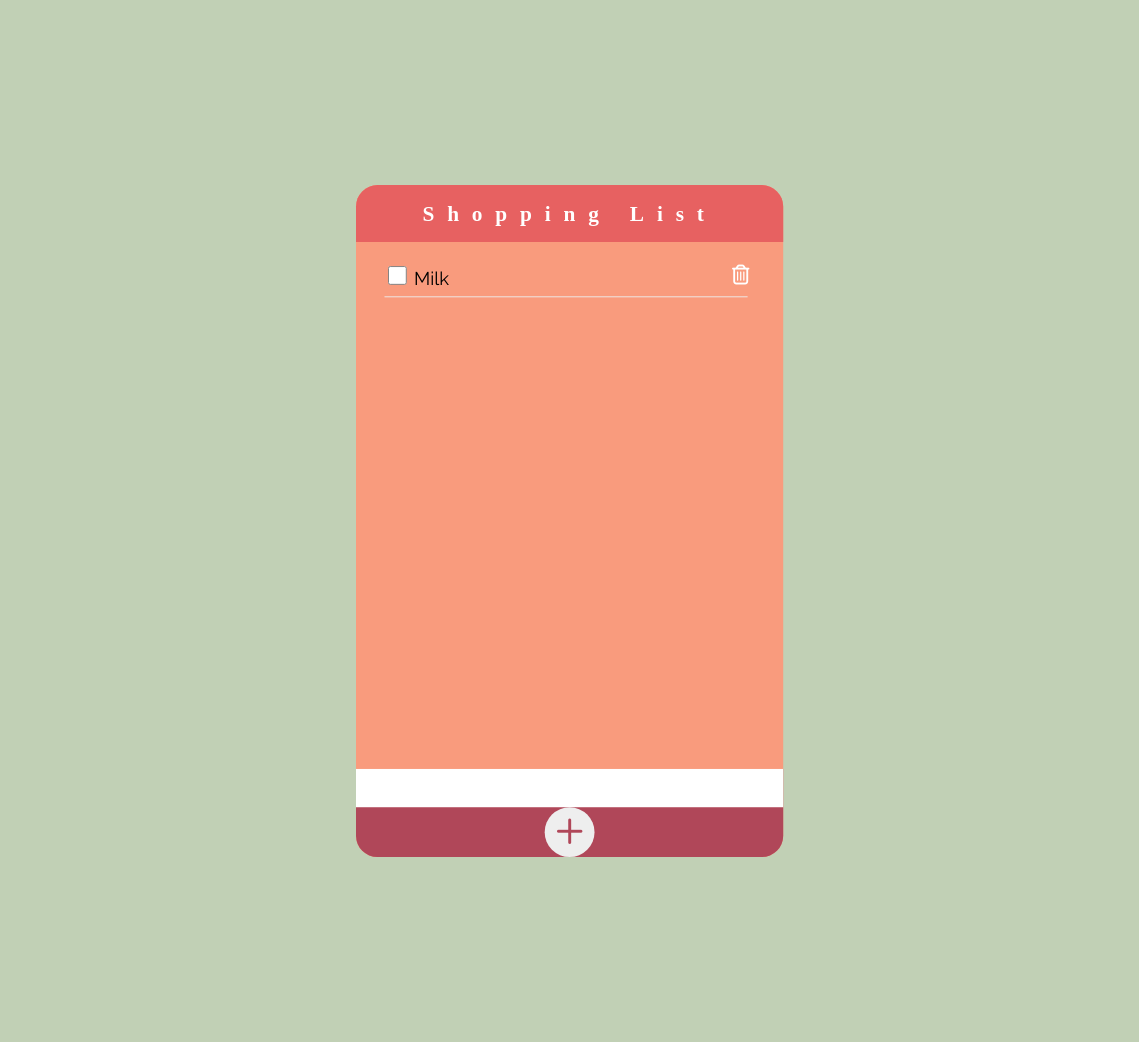
Repository: sephinejo/shopping-list-app
Page: index.html
An editor plug-in stored every save of this project. The page is shown before and after the next save, followed by the edit.
The browser window is 1280 px wide. The pictures show the whole page, at 89% of full size.
Some web fonts or font styles are not loaded; a fallback is used. Some web libraries are served in a nearby version.

Above is the page before, as saved 2023-05-12 17:20:28.

After the next save:
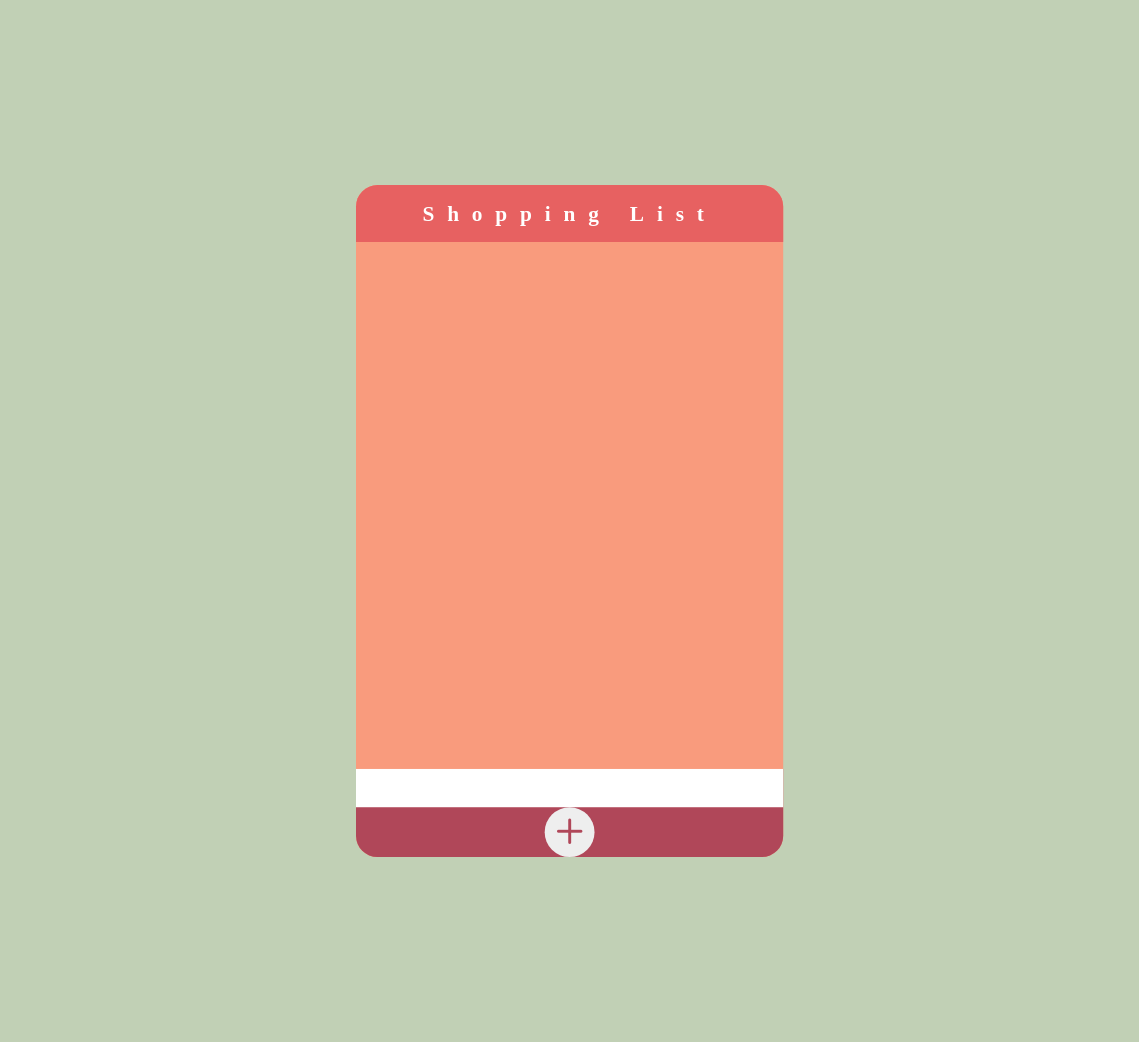
Saved 13 min 55 s later.
--- a/index.html
+++ b/index.html
@@ -21,24 +21,7 @@
   <body>
     <section class="container">
       <header class="header">Shopping List</header>
-      <ul class="items">
-        <li class="item__row">
-          <div class="item">
-            <div class="item__name">
-              <input
-                class="item__checkbox"
-                name="item__checkbox"
-                type="checkbox"
-              />
-              <label for="item__checkbox">Milk</label>
-            </div>
-            <button class="item__delete">
-              <i class="fa-regular fa-trash-can"></i>
-            </button>
-          </div>
-          <div class="item__divider"></div>
-        </li>
-      </ul>
+      <ul class="items"></ul>
       <footer>
         <input class="footer__input" type="text" />
         <button class="footer__add">
